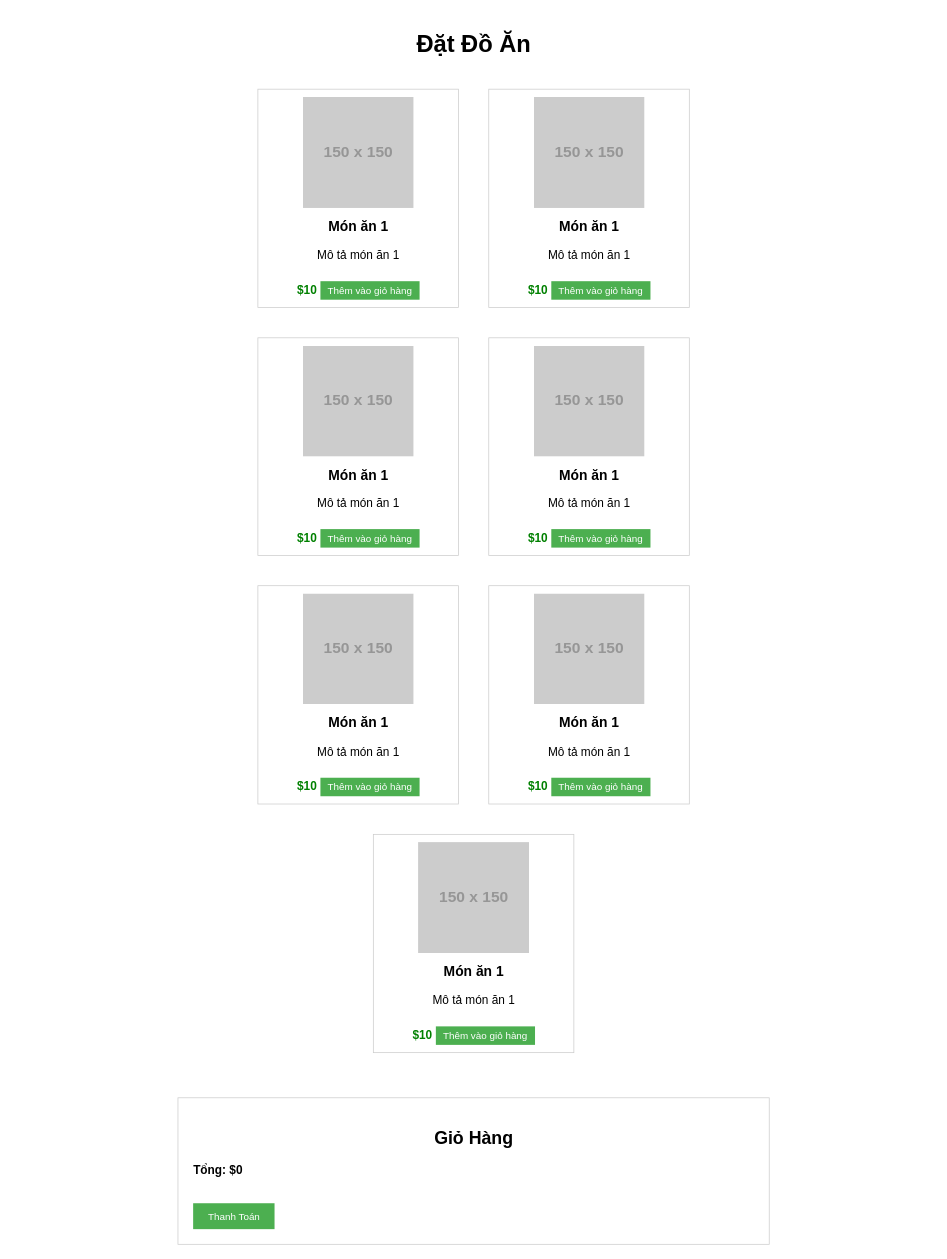
Repository: Tuananhdeptrai723/dientoandammay
Page: http://localhost/main/main.php
The author's editor kept a copy of each file at every save. The page is drawn from the files as they stood at one save, then again after the next save.
The browser window is 1280 px wide. The pictures show the whole page, at 74% of full size.
The page is run by PHP 8.4 with error messages shown; the project is at /var/www/html/.

Above is the page before, as saved 2024-06-04 18:11:36.

After the next save:
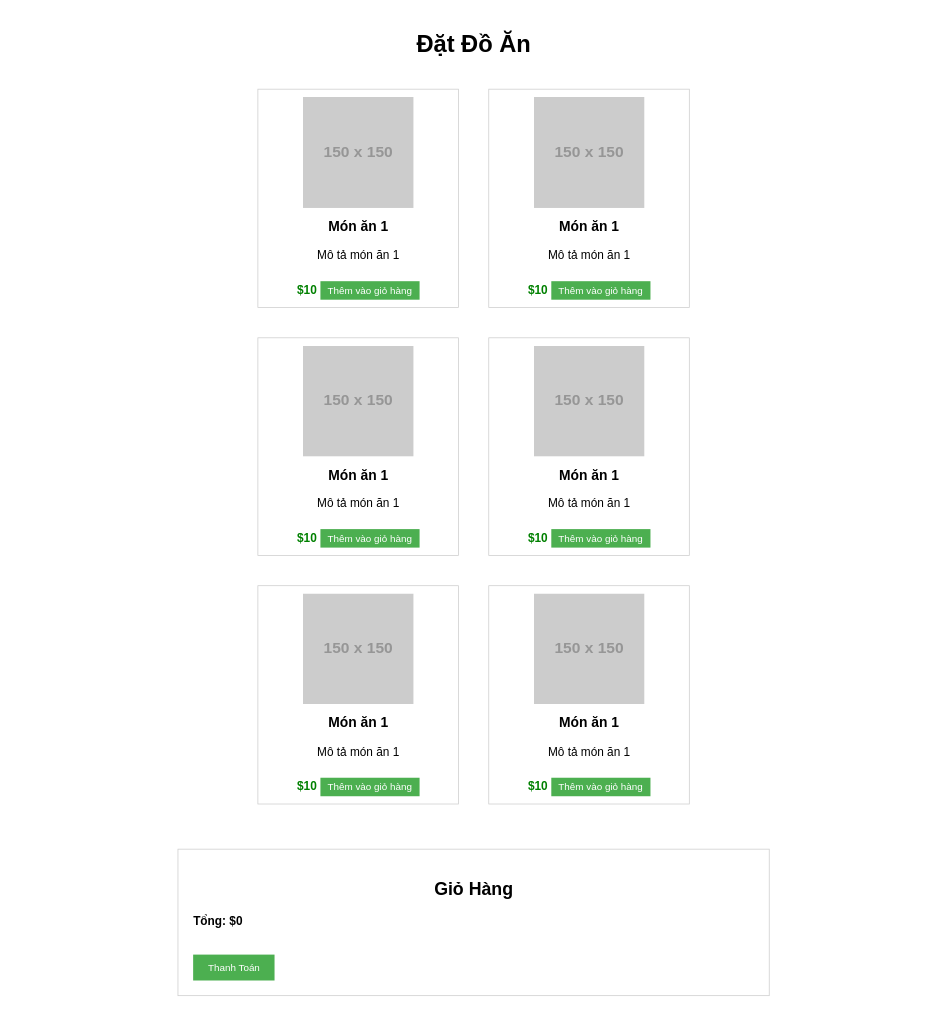
Saved 6 s later.
--- a/main/main.php
+++ b/main/main.php
@@ -58,13 +58,6 @@
         <button class="add-to-cart">Thêm vào giỏ hàng</button>
       </div>
 
-      <div class="menu-item">
-        <img src="https://via.placeholder.com/150" alt="Món ăn 1">
-        <h3>Món ăn 1</h3>
-        <p>Mô tả món ăn 1</p>
-        <span class="price">$10</span>
-        <button class="add-to-cart">Thêm vào giỏ hàng</button>
-      </div>
       <!-- Thêm các món ăn khác tương tự -->
     </div>
     <div class="cart">
